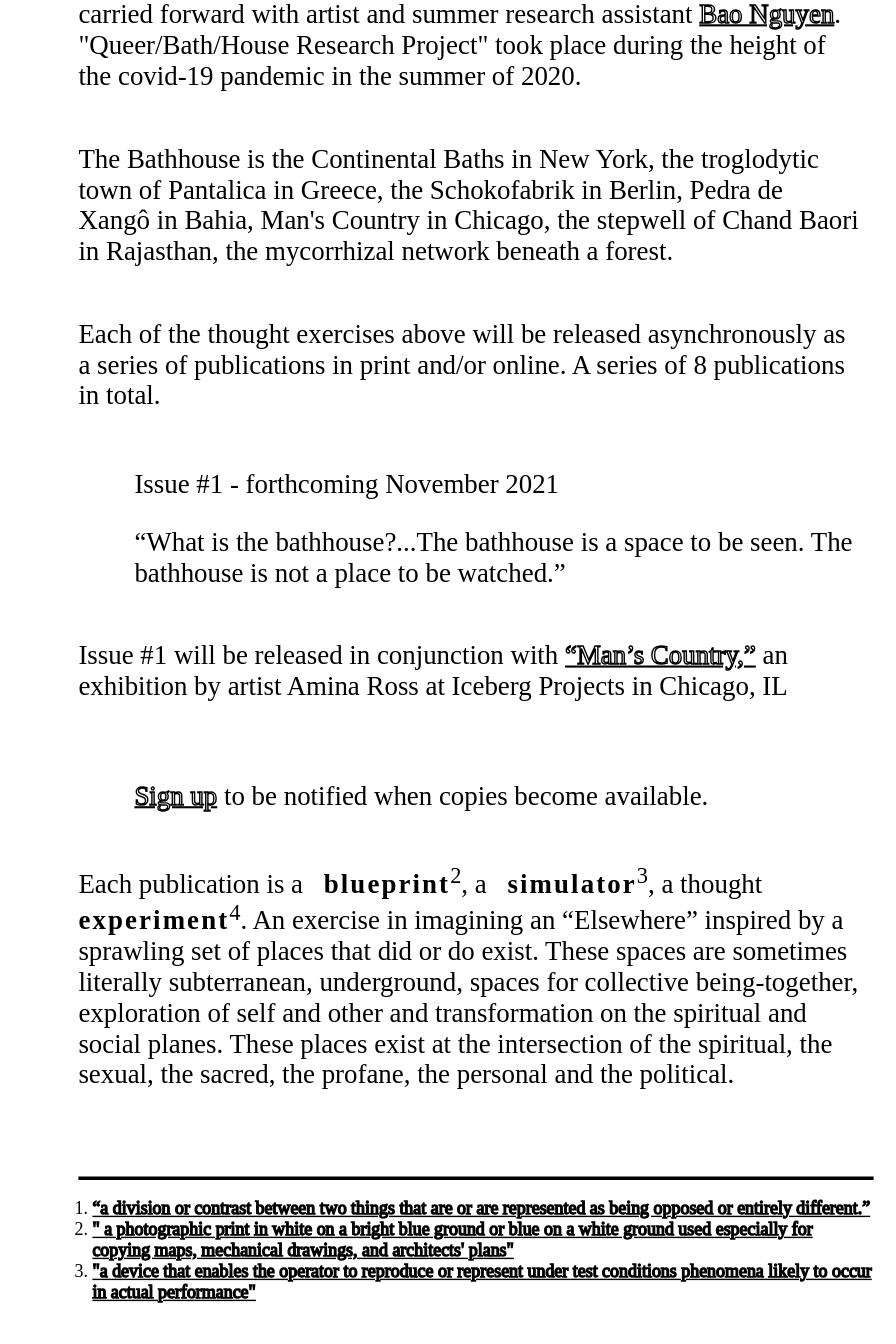
Repository: ayoungblood2/bathhouse.online
Page: index.html
An editor plug-in stored every save of this project. The page is shown before and after the next save, followed by the edit.
The browser window is 1280 px wide. The pictures show the part of the page from y = 2454 to 4374 px (the page is 4374 px tall), at 70% of full size.
An inner scrolling area shows only its first screen. Backgrounds fixed to the window are drawn as part of the page. Some web fonts or font styles are not loaded; a fallback is used.

Above is the page before, as saved 2021-10-16 17:21:58.
Not found: js/layout_main.js
Not found: js/three_main.js
Not found: style.css

### index.html
<!DOCTYPE html>
<html>

<head>
    <meta charset="UTF-8">
    <meta name="viewport" content="width=device-width, initial-scale=1.0, maximum-scale=1.0, user-scalable=no" />
    <title>bathhouse.online</title>
    <link rel="apple-touch-icon" sizes="180x180" href="/apple-touch-icon.png">
    <link rel="icon" type="image/png" sizes="32x32" href="/favicon-32x32.png">
    <link rel="icon" type="image/png" sizes="16x16" href="/favicon-16x16.png">
    <link rel="manifest" href="/site.webmanifest">
    <link rel="stylesheet" href="style.css">
    <script src="http://code.jquery.com/jquery-1.12.0.min.js"></script>
    <link rel='dns-prefetch' href='//ajax.googleapis.com' />
    <meta name="keywords" content="Amina Ross, Avery Youngblood">
    <meta name="author" content="Avery Youngblood">
    <script type="text/javascript" src="./js/layout_main.js"></script>
    <script type="text/javascript" src="./js/three_main.js"></script>

    <style>
        @font-face {
            font-family: Avenir Next Heavy;
            src: url(fonts/AvenirNext.ttc);
        }

        body,
        html {
            height: 100%;
            width: 100%;
            margin: 0;
            overflow-x: hidden;
        }

        *,
        *:before,
        *:after {
            box-sizing: inherit;
        }

        .bg {

            /* background-image: url('images/20211010224425098.gif'); */


            /* Full height */
            height: 100%;

            /* Center and scale the image nicely */
            background-position: center;
            background-repeat: no-repeat;
            background-size: cover;
            position: relative;
            top: 0;
            left: 0;

            /* padding: 100px; */

            font-family: "Avenir Next Heavy";

        }




        .txt {
            position: absolute;
            top: 60px;
            left: 80px;
            font-family: "Avenir Next Heavy";
        }

        h1 {
            font-size: 10vw;
            text-align: center;
        }

        p {
            font-size: 3vw;
        }

        .parallax {
            /* The image used */
            background-image: url('images/20211010224425098.gif');

            /* Full height */
            height: 100%;

            /* Create the parallax scrolling effect */
            background-attachment: fixed;
            background-position: center;
            background-repeat: no-repeat;
            background-size: cover;
        }

        .container {
            padding: 10px;
            width: 2em;
        }

        .item {
            width: 50%;
            width: fit-content;
            padding: 5px;
            margin-bottom: 1em;
        }


        @media only screen and (max-width:900px) {
            h1 {
                font-size: 8vw;
            }

            .bg {
                padding: 0px;
            }

            p {
                font-size: 2vw;
            }
        }

        .top {
            padding: 1em;
            /* display: grid; */
            /* grid-gap: 3em; */
            grid-template-columns: repeat(1, 250px);
        }

        .quote {
            padding: 1em;
            /* border-radius: .3em; */
            /* box-shadow: 10px 10px 30px rgba(0, 0, 0, 0.1); */
        }

        p {
            margin-top: 0;
            margin-right: 20px;
            font-size: 3vw;
        }

        span {
            font-weight: bold;
            position: relative;
            margin-left: 20px;
        }

        :before {
            content: '';
            position: fixed;
            height: 1px;
            width: 20px;
            /* border-bottom: 1px solid black; */
            top: 20px;
        }




        @media(min-width:950px) {
            .top {
                grid-template-columns: repeat(2, 250fr);
            }
        }

        .tab {
            margin-left: 80px;
        }

        footer {
            margin-top: 50px;
            border-top: 5px solid black;
            font-size: 2vw;
        }

        footer ol {
            padding-left: 20px;
        }

        /**
 * Initialiazing a `footnotes` counter on the wrapper
 */
        article {
            counter-reset: footnotes;
        }

        /**
 * Inline footnotes references
 * 1. Increment the counter at each new reference
 * 2. Reset link styles to make it appear like regular text
 */
        [aria-describedby="footnote-label"] {
            counter-increment: footnotes;
            /* 1 */
            text-decoration: none;
            /* 2 */
            color: inherit;
            /* 2 */
            cursor: default;
            /* 2 */
            outline: none;
            /* 2 */
        }

        /**
 * Actual numbered references
 * 1. Display the current state of the counter (e.g. `[1]`)
 * 2. Align text as superscript
 * 3. Make the number smaller (since it's superscript)
 * 4. Slightly offset the number from the text
 * 5. Reset link styles on the number to show it's usable
 */
        [aria-describedby="footnote-label"]::after {
            content: '['counter(footnotes) ']';
            /* 1 */
            vertical-align: super;
            /* 2 */
            font-size: 0.5em;
            /* 3 */
            margin-left: 2px;
            /* 4 */
            color: blue;
            /* 5 */
            text-decoration: underline;
            /* 5 */
            cursor: pointer;
            /* 5 */
        }

        /**
 * Resetting the default focused styles on the number
 */
        [aria-describedby="footnote-label"]:focus::after {
            outline: thin dotted;
            outline-offset: 2px;
        }

        [aria-label="Back to content"] {
            font-size: 0.8em;
        }

        /**
 * Highlight target note
 */
        footer :target {
            background: yellow;
        }

        /**
 * Visually hidden yet accessible content
 */
        .visually-hidden {
            position: absolute;
            clip: rect(0 0 0 0);
            visibility: hidden;
            opacity: 0;
        }
    </style>

<body>


    <div class="parallax"></div>

    <div class="bg"></div>

    <div class="txt">

        <h1>bathhouse.online</h1>



        <div class="top">
            <div class="quote">

                <p style="font-size: 5vw;">

                    The bathhouse is safe. <br>The bathhouse is not secure.<br><br>
                    The bathhouse is a space to be seen. <br>The bathhouse is not a place to be watched.<br><br>
                    The bathhouse is sensual. <br>The bathhouse is not unspiritual.<br><br>
                    The bathhouse is a space for meaningful work. <br>The bathhouse is not a workplace.<br><br>
                    The bathhouse is a technology. <br>The bathhouse is not a machine.<br><br>
                    The bathhouse is immersive. <br>The bathhouse is not without a body.<br><br>
                    The bathhouse is sweating. <br>The bathhouse is not drained.<br><br>
                    The bathhouse is gone. <br>The bathhouse is not over.<br>
                </p>

                <br>

                <p>
                    “The Bathhouse” is a yet-to-exist space, generated through a set of (false)<span
                        style="letter-spacing: 3px;"><a href="#footnotes" aria-describedby="footnote-label"
                            id="footnotes-ref">dichotomies</a></span><sup>1</sup>,
                    core questions, reflections and exercises. The characteristics of The Bathhouse are drawn from the
                    "Queer/Bath/House Research Project" - A research project conceived of by <a
                        style="color: white; -webkit-text-stroke: 2px black;" href=aminaross.com>Amina
                        Ross</a>, carried forward with artist and summer research assistant <a
                        style="color: white; -webkit-text-stroke: 2px black;" href=https://nguyenbao.myportfolio.com>
                        Bao Nguyen</a>. "Queer/Bath/House Research Project" took place during the
                    height of the covid-19 pandemic in the summer of 2020.

                </p>
                <br> <br>
                <p>
                    The Bathhouse is the Continental Baths in New York, the troglodytic town of Pantalica in Greece, the
                    Schokofabrik in Berlin, Pedra de Xangô in Bahia, Man's Country in Chicago, the stepwell of Chand
                    Baori in Rajasthan, the mycorrhizal network beneath a forest.


                </p>
                <br> <br>
                <p>
                    Each of the thought exercises above will be released asynchronously as a series of publications in
                    print and/or online. A series of 8 publications in total.<br><br>
                <p class="tab">Issue #1 - forthcoming November 2021</p>
                <p class="tab">“What is the bathhouse?...The bathhouse is a space to be seen. The bathhouse is not a
                    place to be
                    watched.”</p>
                </p>
                <br> <br>
                <p>
                    Issue #1 will be released in conjunction with <a
                        style="color: white; -webkit-text-stroke: 2px black;" href=https://icebergchicago.com>“Man’s
                        Country,”</a> an exhibition by artist Amina Ross at Iceberg Projects in Chicago, IL
                </p>
                <br> <br>
                <p>

                <p class="tab"><a style="color: white; -webkit-text-stroke: 2px black;"
                        href=https://forms.gle/NMAofWzGxNe4W74i9>Sign up</a> to be notified when copies become
                    available.</p>

                </p>
                <br> <br>
                <p>
                    Each publication is a <span style="letter-spacing: 3px;">blueprint</span><sup>2</sup>, a <span
                        style="letter-spacing: 3px;">simulator</span><sup>3</sup>, a thought <span
                        style="letter-spacing: 3px;">experiment</span><sup>4</sup>. An exercise in imagining an
                    “Elsewhere” inspired by a sprawling set of places that did or do exist. These spaces are sometimes
                    literally subterranean, underground, spaces for collective being-together, exploration of self and
                    other and transformation on the spiritual and social planes. These places exist at the intersection
                    of the spiritual, the sexual, the sacred, the profane, the personal and the political.

                </p>
                <br> <br>


                <footer>

                    <ol>
                        <li id="footnotes"><a style="color: black; -webkit-text-stroke: 2px black;"
                                href=https://www.lexico.com/en/definition/dichotomy>“a division or contrast between two
                                things that
                                are or are represented as
                                being opposed or entirely different.”</a>
                        </li>

                        <li id="css"><a style="color: black; -webkit-text-stroke: 2px black;"
                                href=https://www.merriam-webster.com/dictionary/blueprint#:~:text=Blueprint%20%7C%20Definition%20of%20Blueprint%20by%20Merriam%2DWebster>"
                                a photographic print in white on a bright blue ground or blue on a white ground
                                used especially for copying maps, mechanical drawings, and architects' plans"</a>
                        </li>

                        <li id="css-counters"><a style="color: black; -webkit-text-stroke: 2px black;"
                                href=https://www.merriam-webster.com/dictionary/simulator>"a device that enables the
                                operator to reproduce or represent under test
                                conditions phenomena likely to occur in actual performance"</a>
                        </li>
                    </ol>
                </footer>


            </div>


        </div>

    </div>


</body>

<script>
    $(function () {
        var previousScroll = 0;
        $(window).scroll(function (event) {
            var scroll = $(this).scrollTop();
            var heading = $('.parallax');

            if (scroll > 600) {
                console.log('scrolling down');
                heading.fadeIn("slow", function () {
                    heading.css('opacity', '0.4');
                });
            } else {
                heading.fadeIn("slow", function () {
                    heading.css('opacity', '1');
                });
            }
            previousScroll = scroll;
        });
    })
</script>
</head>

</html>

After the next save:
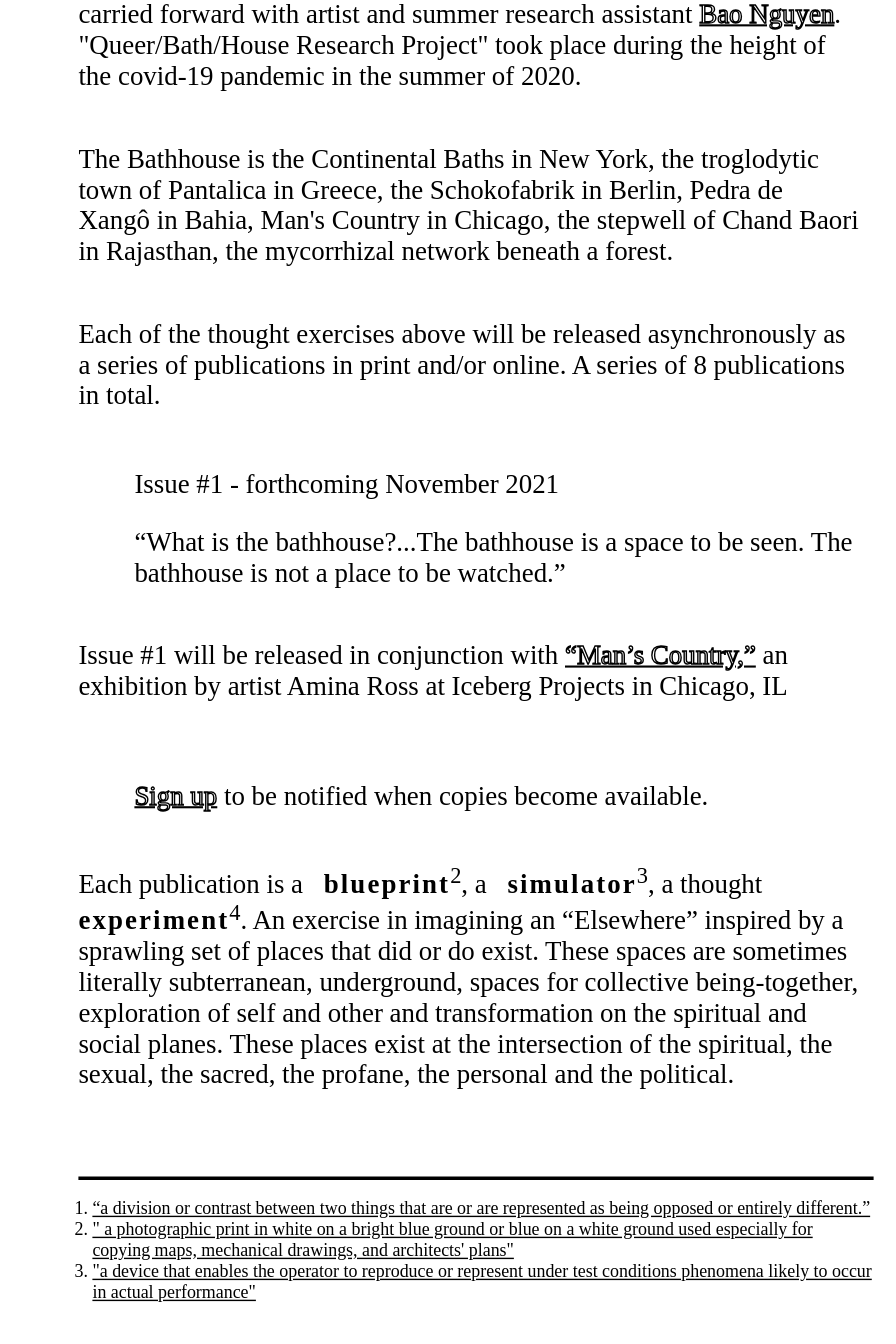
Saved 17 s later.
--- a/index.html
+++ b/index.html
@@ -347,20 +347,20 @@
                 <footer>
 
                     <ol>
-                        <li id="footnotes"><a style="color: black; -webkit-text-stroke: 2px black;"
+                        <li id="footnotes"><a style="color: black;"
                                 href=https://www.lexico.com/en/definition/dichotomy>“a division or contrast between two
                                 things that
                                 are or are represented as
                                 being opposed or entirely different.”</a>
                         </li>
 
-                        <li id="css"><a style="color: black; -webkit-text-stroke: 2px black;"
+                        <li id="css"><a style="color: black;"
                                 href=https://www.merriam-webster.com/dictionary/blueprint#:~:text=Blueprint%20%7C%20Definition%20of%20Blueprint%20by%20Merriam%2DWebster>"
                                 a photographic print in white on a bright blue ground or blue on a white ground
                                 used especially for copying maps, mechanical drawings, and architects' plans"</a>
                         </li>
 
-                        <li id="css-counters"><a style="color: black; -webkit-text-stroke: 2px black;"
+                        <li id="css-counters"><a style="color: black;"
                                 href=https://www.merriam-webster.com/dictionary/simulator>"a device that enables the
                                 operator to reproduce or represent under test
                                 conditions phenomena likely to occur in actual performance"</a>
